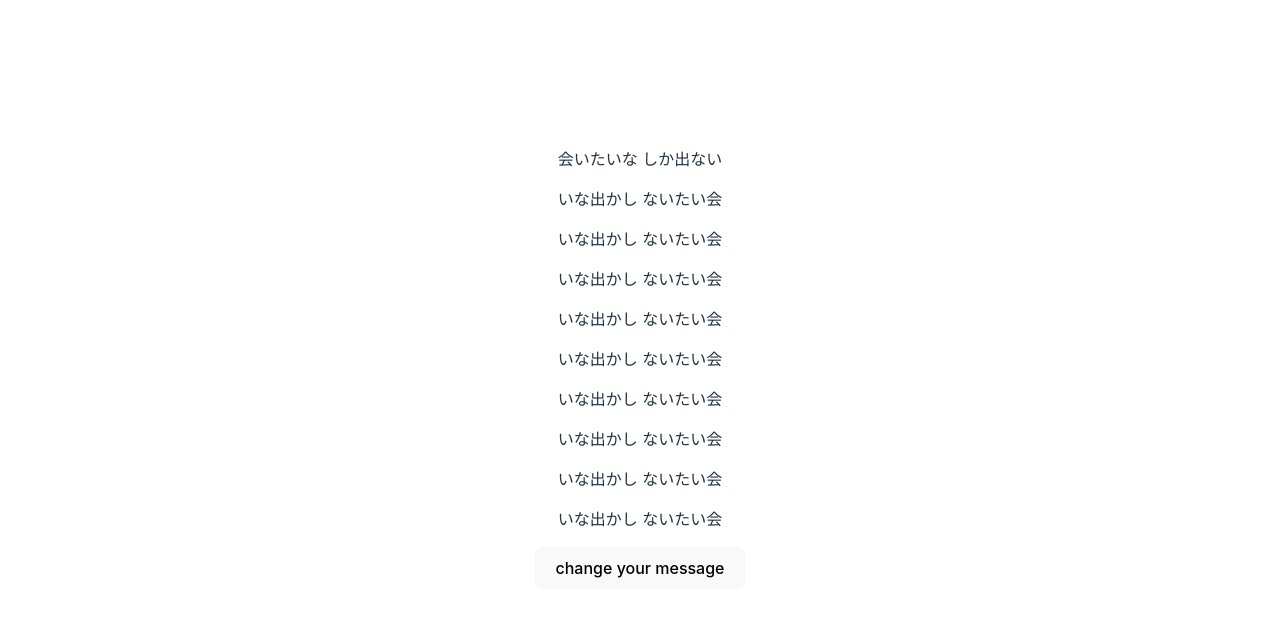
Repository: HyunraDate/NodaEmi
Page: /
These files come from the project's save history. The page is drawn as it stood at one moment and after the next save; the edit follows.
The browser window is 1280 px wide. The pictures show the whole page.
The project was rebuilt for these pictures with package versions that can differ from the ones it lists, and the page was loaded fresh each time. Also part of the build but not shown: vite.config.js, src/components/HelloWorld.vue.

Above is the page before, as saved 2023-08-22 13:40:55.

### index.html
<!DOCTYPE html>
<html lang="en">
  <head>
    <meta charset="UTF-8" />
    <link rel="icon" type="image/svg+xml" href="/vite.svg" />
    <meta name="viewport" content="width=device-width, initial-scale=1.0" />
    <title>Vite + Vue</title>
  </head>
  <body>
    <div id="app"></div>
    <script type="module" src="./src/main.js"></script>
  </body>
</html>

### src/main.js
import { createApp } from 'vue'
import './style.css'
import App from './message.vue'

createApp(App).mount('#app')

### src/message.vue
<script>
import HelloWorld from './components/HelloWorld.vue'
//计算属性
export default {
  data(){
    return{
      message:"会いたいな しか出ない",
      age:0
    }
  },

  //this指当前组件，根组件

  computed:{ //计算属性 (有依赖值，只要依赖值不变就不会重新计算) hier是简写
    reverseMsg:function(){ //hier reverseMsg依赖下面的message
      return this.message.split('').reverse().join('')
    }

  },
  //每一个计算属性都有getter和setter
  //完整的写法：
  /*
  reverseMsg: {
    get: function(){
      return this.message.split("").reverse().join("");
    },
  }

  */

  methods: {
    reverseMessage:function(){
      return this.message.split('').reverse().join('')
    }

  },
};
</script>

<template>
<!--组件实例的所有property，无论如何定义，都可以在组件的模板中访问-->
  <div>
    <p>{{ message}}</p>
    <!--Way1, JS 表达式，共计算三次-->
    <p>{{ message.split('').reverse().join('')}}</p>
    <p>{{ message.split('').reverse().join('')}}</p>
    <p>{{ message.split('').reverse().join('')}}</p>
    <!--Way2, 计算属性, 不会从新计算，所以只有一次，hier just 结果缓存-->
    <p>{{ reverseMsg }}</p>
    <p>{{ reverseMsg }}</p>
    <p>{{ reverseMsg }}</p>
    <!--Way3, 使用method中的方法-->
    <p>{{ reverseMessage() }}</p>
    <p>{{ reverseMessage()}}</p>
    <p>{{ reverseMessage() }}</p>
    <button @click="message='君よりもっと 素敵なひとも'">change your message</button>
  </div>
</template>

<style>
.logo {
  height: 6em;
  padding: 1.5em;
  will-change: filter;
  transition: filter 300ms;
}

.logo:hover {
  filter: drop-shadow(0 0 2em #646cffaa);
}
.logo.vue:hover {
  filter: drop-shadow(0 0 2em #42b883aa);
}
</style>

### src/Sat night.vue
<script>
//土曜の夜
import Puppy from './components/Puppy.vue';

export default {
    componts: {
        Puppy
    },
    data() {
        return {
            posts: [
                { id: 1, going: "Have a drink" },
                { id: 2, going: "Tonkatsu" },
                { id: 3, going: "Stay" }
            ],
            postFontSize:1
        };
    },
    components: { Puppy }
}
</script>

<template>
    <div :style="{ fontSize: postFontSize + 'em'}">
    <!--组件实例提供了一个自定义事件系统。父组件可以通过 v-on 或 @ 来选择性地监听子组件上抛的事件，
        就像监听原生 DOM 事件那样：-->
    <Puppy
    v-for="post in posts"
    :key="post.id"
    :going="post.going"
    @enlarge-text="postFontSize += 0.1"
    ></Puppy> <!--子组件可以通过调用内置的 $emit 方法，通过传入事件名称来抛出一个事件：-->
    </div>
</template>

### src/components/Puppy.vue
<script>
export default {
    props:['going']
    //第二种写法：props: {going: string}
    //对于以对象形式声明中的每个属性，key 是 prop 的名称，而值则是该 prop 预期类型的构造函数。
    //比如，如果要求一个 prop 的值是 number 类型，则可使用 Number 构造函数作为其声明的值。
}
</script>

<template>
    <div class="going river">
        <h2>{{ going }}</h2>
        <button @click="$emit('enlarge-text')">Rhein</button> <!--子组件可以通过调用内置的 $emit 方法，通过传入事件名称来抛出一个事件
        因为有了 @enlarge-text="postFontSize += 0.1" 的监听，父组件会接收这一事件，从而更新 postFontSize 的值。-->
    </div>
</template>

Loaded but not shown: src/style.css (common file)

After the next save:
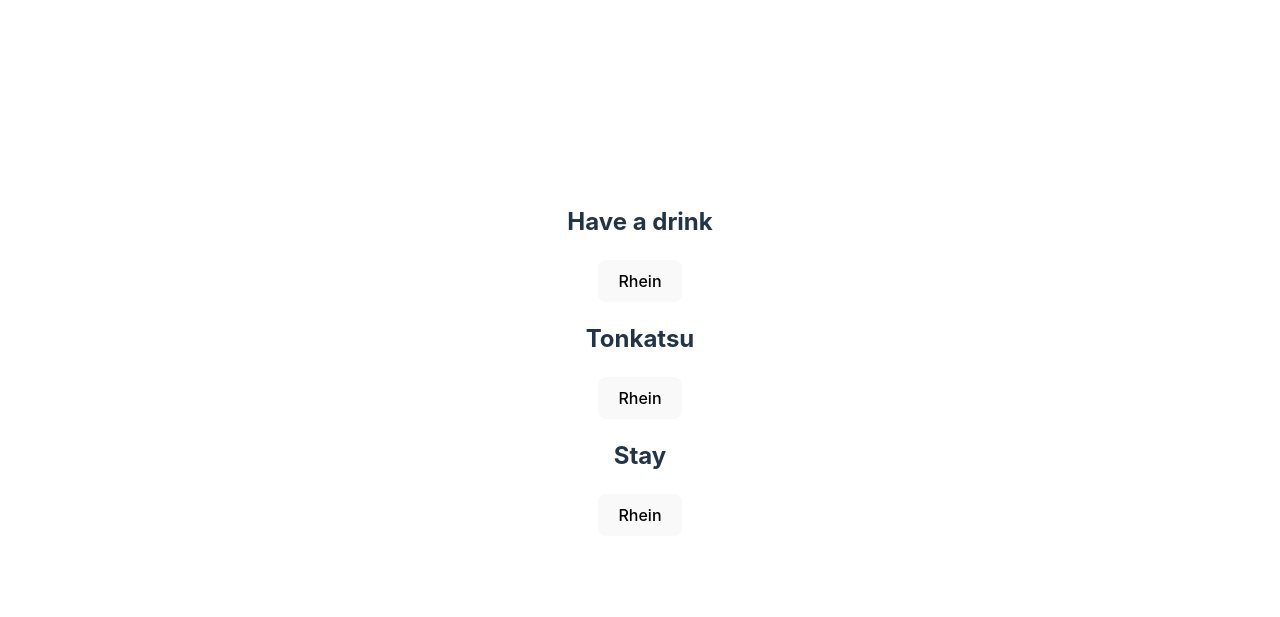
Saved 35 s later.
--- a/src/main.js
+++ b/src/main.js
@@ -1,5 +1,5 @@
 import { createApp } from 'vue'
 import './style.css'
-import App from './message.vue'
+import App from './Sat night.vue'
 
 createApp(App).mount('#app')
